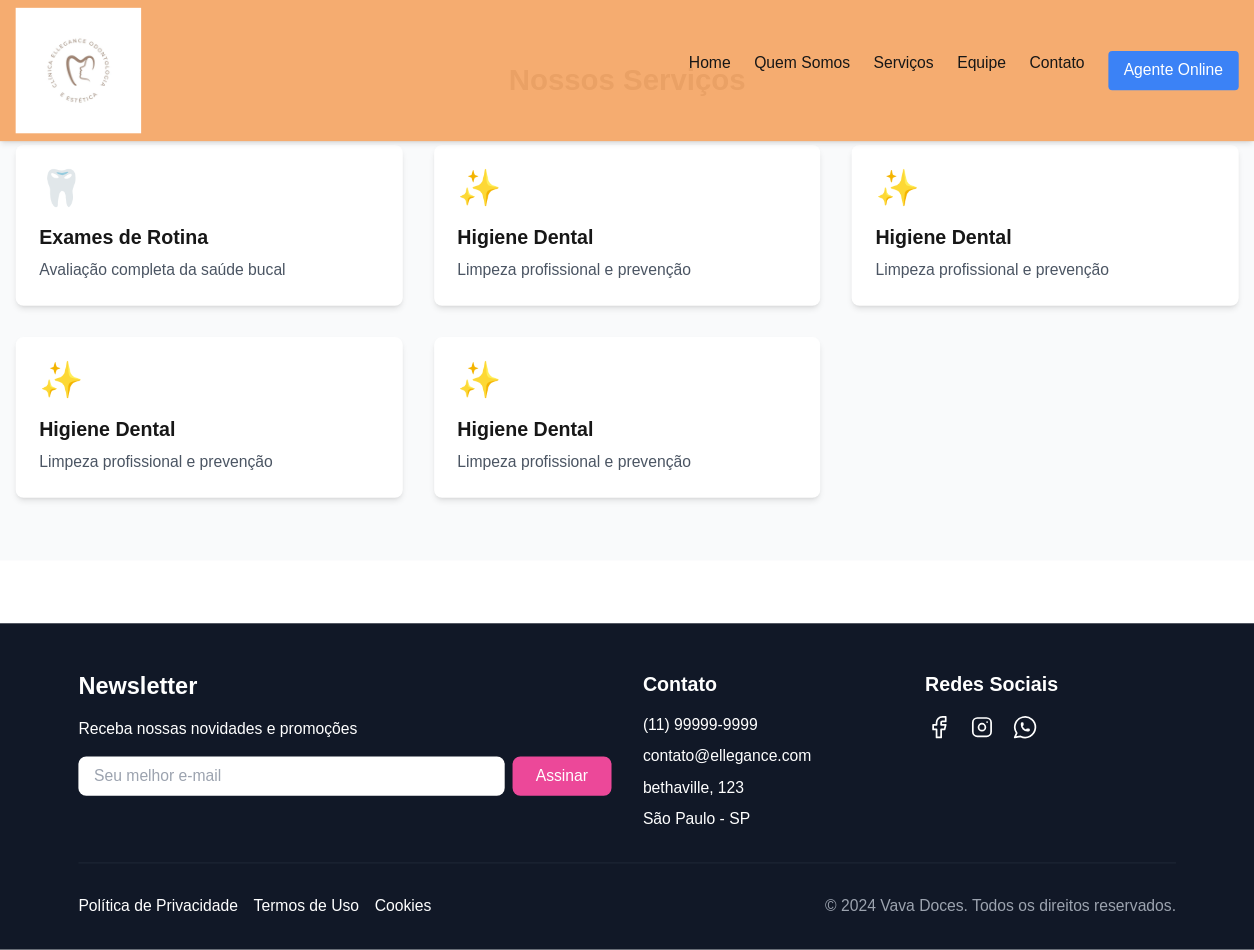
Repository: francisguitt/ellegance_odontologia
Page: /services_
These files come from the project's save history. The page is drawn as it stood at one moment and after the next save; the edit follows.
The browser window is 1280 px wide. The pictures show the whole page, at 98% of full size.
The project was rebuilt for these pictures with package versions that can differ from the ones it lists, and the page was loaded fresh each time. The framework's server and built-in components were replaced by stand-ins that run in the browser. Also part of the build but not shown: next.config.mjs.

Above is the page before, as saved 2025-02-22 12:02:10.

### src/app/layout.tsx
import type { Metadata } from "next";
import localFont from "next/font/local";
import "./globals.css";
import Header from "@/app/components/header";
import Footer from "@/app/components/footer";

const geistSans = localFont({
  src: "./fonts/GeistVF.woff",
  variable: "--font-geist-sans",
  weight: "100 900",
});
const geistMono = localFont({
  src: "./fonts/GeistMonoVF.woff",
  variable: "--font-geist-mono",
  weight: "100 900",
});

export const metadata: Metadata = {
  title: "Create Next App",
  description: "Generated by create next app",
};

export default function RootLayout({
  children,
}: Readonly<{
  children: React.ReactNode;
}>) {
  return (
    <html lang="en">
      <body
        className={`${geistSans.variable} ${geistMono.variable} antialiased`}
      >
      <Header/>
        {children}
        <Footer/>
      </body>
    </html>
  );
}

### src/app/services_/page.tsx
const Services = () => {
    const services = [
      {
        title: 'Exames de Rotina',
        description: 'Avaliação completa da saúde bucal',
        icon: '🦷'
      },
      {
        title: 'Higiene Dental',
        description: 'Limpeza profissional e prevenção',
        icon: '✨'
      },
      {
        title: 'Higiene Dental',
        description: 'Limpeza profissional e prevenção',
        icon: '✨'
      },
      {
        title: 'Higiene Dental',
        description: 'Limpeza profissional e prevenção',
        icon: '✨'
      },
      {
        title: 'Higiene Dental',
        description: 'Limpeza profissional e prevenção',
        icon: '✨'
      },
    ];

    return (
      <section id="services" className="py-16 bg-gray-50">
        <div className="container mx-auto px-4">
          <h2 className="text-3xl font-bold text-center mb-12">Nossos Serviços</h2>
          <div className="grid grid-cols-1 md:grid-cols-3 gap-8">
            {services.map((service, index) => (
              <div key={index} className="bg-white p-6 rounded-lg shadow-md">
                <div className="text-4xl mb-4">{service.icon}</div>
                <h3 className="text-xl font-semibold mb-2">{service.title}</h3>
                <p className="text-gray-600">{service.description}</p>
              </div>
            ))}
          </div>
        </div>
      </section>
    );
  };

  export default Services;

### src/app/globals.css
@tailwind base;
@tailwind components;
@tailwind utilities;

:root {
  --primary-color: #f5a869f3;
  --secundary-color: #ffd079;
  --background: #ffffff;
  --foreground: #171717;
}

@media (prefers-color-scheme: dark) {
  :root {
    /* --background: #0a0a0a;
    --foreground: #ededed; */
  }
}

body {
  color: var(--foreground);
  background: var(--background);
  font-family: Arial, Helvetica, sans-serif;
}

@layer utilities {
  .text-balance {
    text-wrap: balance;
  }
}

### src/app/components/header.tsx


"use client";
import { useState } from 'react';
import { Link } from 'react-scroll';
import Image from 'next/image';
import logo from "@/images/logo_odonto.jpg";
import { IconMenu2, IconX } from '@tabler/icons-react';

const Header = () => {
  const [isMenuOpen, setIsMenuOpen] = useState(false);

  const toggleMenu = () => {
    setIsMenuOpen(!isMenuOpen);
  };

  const menuItems = [
    { to: "home", label: "Home" },
    { to: "about", label: "Quem Somos" },
    { to: "services", label: "Serviços" },
    { to: "team", label: "Equipe" },
    { to: "contact", label: "Contato" },
  ];

  return (
    <header className="fixed w-full  bg-[var(--primary-color)] shadow-md z-50">
      <div className="container mx-auto px-4 py-2 flex justify-between items-center">
        {/* <div className="logo">  */}
          <Image
            src={logo}
            alt="Ellegance Dental"
            className="w-32 h-32"
          />
        {/* </div> */}

        {/* Desktop Navigation */}
        <nav className="hidden md:flex space-x-6">
          {menuItems.map((item) => (
            <Link
              key={item.to}
              to={item.to}
              smooth={true}
              className="cursor-pointer hover:text-blue-500 transition-colors"
            >
              {item.label}
            </Link>
          ))}
          <button className="bg-blue-500 text-white px-4 py-2 rounded hover:bg-blue-600 transition-colors">
            Agente Online
          </button>
        </nav>

        {/* Mobile Menu Button */}
        <button
          onClick={toggleMenu}
          className="md:hidden text-gray-600 hover:text-blue-500 transition-colors"
        >
          {isMenuOpen ? <IconX size={24} /> : <IconMenu2 size={24} />}
        </button>
      </div>

      {/* Mobile Navigation */}
      <nav className={`
        md:hidden bg-white
        transition-all duration-300 ease-in-out
        ${isMenuOpen ? 'max-h-96 opacity-100' : 'max-h-0 opacity-0'}
        overflow-hidden
      `}>
        <div className="container mx-auto px-4 py-2 flex flex-col space-y-4">
          {menuItems.map((item) => (
            <Link
              key={item.to}
              to={item.to}
              smooth={true}
              className="cursor-pointer hover:text-blue-500 transition-colors py-2"
              onClick={() => setIsMenuOpen(false)}
            >
              {item.label}
            </Link>
          ))}
          <button className="bg-blue-500 text-white px-4 py-2 rounded hover:bg-blue-600 transition-colors w-full">
            Agente Online
          </button>
        </div>
      </nav>
    </header>
  );
};

export default Header;

### src/app/components/footer.tsx
'use client'
import { useState } from 'react'
import {
  IconBrandFacebook,
  IconBrandInstagram,
  IconBrandWhatsapp,
  IconMail
} from '@tabler/icons-react'

function Footer() {
  const [email, setEmail] = useState('')

  const handleSubmit = (e: React.FormEvent) => {
    e.preventDefault()
    setEmail('')
  }

  return (
    <footer className="bg-gray-900 text-white pt-12 mt-16">
      <div className="max-w-6xl mx-auto px-4">
        <div className="grid grid-cols-1 md:grid-cols-4 gap-8 pb-8">
          <div className="col-span-1 md:col-span-2">
            <h3 className="text-2xl font-bold mb-4">Newsletter</h3>
            <p className="mb-4">Receba nossas novidades e promoções</p>
            <form onSubmit={handleSubmit} className="flex gap-2">
              <input
                type="email"
                value={email}
                onChange={(e) => setEmail(e.target.value)}
                placeholder="Seu melhor e-mail"
                className="flex-1 px-4 py-2 rounded-lg text-gray-900"
                required
              />
              <button
                type="submit"
                className="bg-pink-500 px-6 py-2 rounded-lg hover:bg-pink-600 transition"
              >
                Assinar
              </button>
            </form>
          </div>

          <div>
            <h3 className="text-xl font-bold mb-4">Contato</h3>
            <ul className="space-y-2">
              <li>
                <a href="tel:+5511999999999" className="hover:text-pink-400">
                  (11) 99999-9999
                </a>
              </li>
              <li>
                <a href="mailto:contato@elleganceodontologia.com" className="hover:text-pink-400">
                  contato@ellegance.com
                </a>
              </li>
              <li>bethaville, 123</li>
              <li>São Paulo - SP</li>
            </ul>
          </div>

          <div>
            <h3 className="text-xl font-bold mb-4">Redes Sociais</h3>
            <div className="flex gap-4">
              <a href="https://facebook.com" target="_blank" rel="noopener noreferrer"
                className="hover:text-pink-400 transition">
                <IconBrandFacebook size={28} stroke={1.5} />
              </a>
              <a href="https://instagram.com" target="_blank" rel="noopener noreferrer"
                className="hover:text-pink-400 transition">
                <IconBrandInstagram size={28} stroke={1.5} />
              </a>
              <a href="https://wa.me/5511999999999" target="_blank" rel="noopener noreferrer"
                className="hover:text-pink-400 transition">
                <IconBrandWhatsapp size={28} stroke={1.5} />
              </a>
            </div>
          </div>
        </div>

        <div className="border-t border-gray-800 py-8">
          <div className="flex flex-col md:flex-row justify-between items-center">
            <div className="flex gap-4 mb-4 md:mb-0">
              <a href="/politica-privacidade" className="hover:text-pink-400 transition">
                Política de Privacidade
              </a>
              <a href="/termos-uso" className="hover:text-pink-400 transition">
                Termos de Uso
              </a>
              <a href="/cookies" className="hover:text-pink-400 transition">
                Cookies
              </a>
            </div>
            <p className="text-gray-400">
              © {new Date().getFullYear()} Vava Doces. Todos os direitos reservados.
            </p>
          </div>
        </div>
      </div>
    </footer>
  )
}
export default Footer;

Loaded but not shown: tailwind.config.ts (common file)

After the next save:
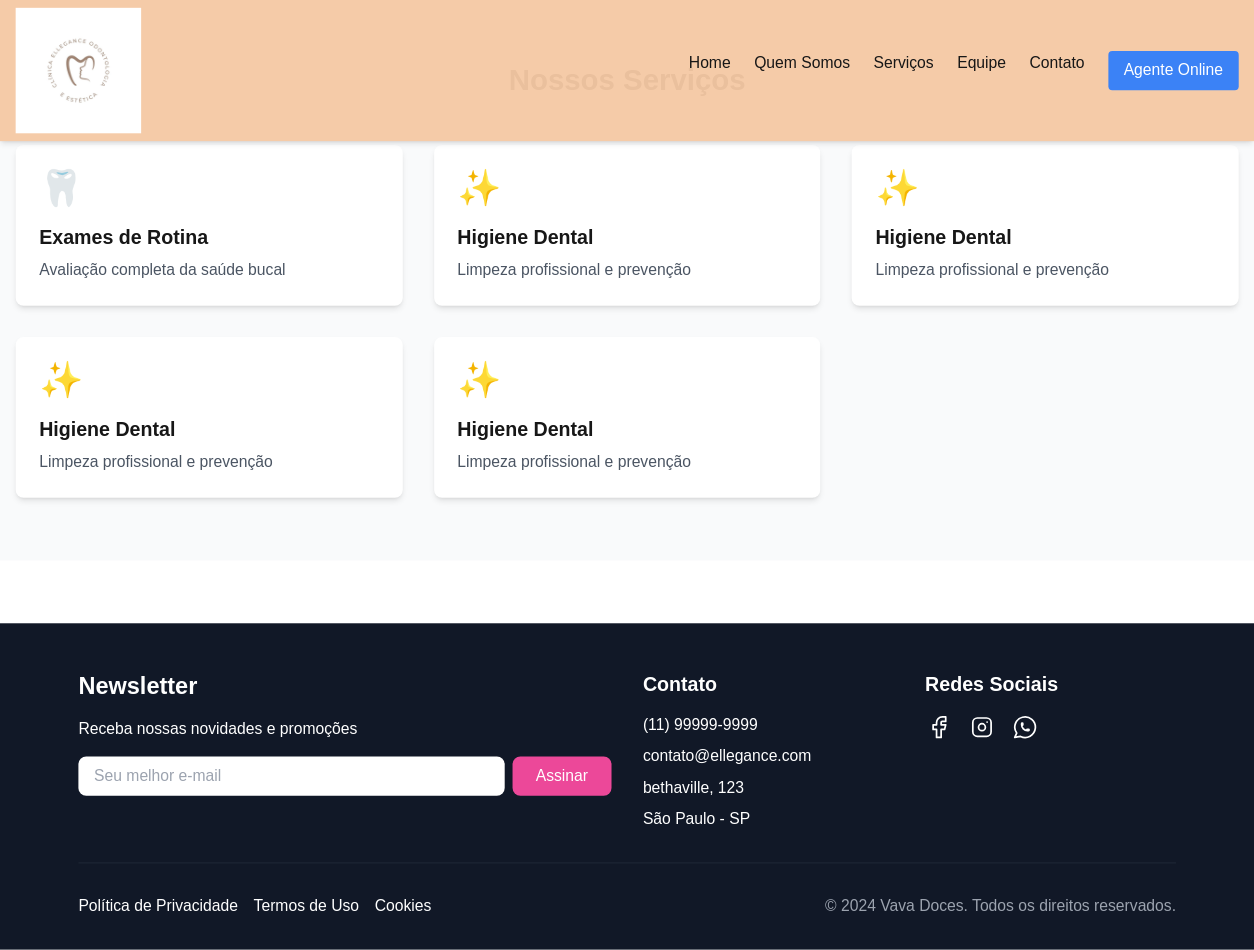
Saved 9 s later.
--- a/src/app/globals.css
+++ b/src/app/globals.css
@@ -3,7 +3,7 @@
 @tailwind utilities;
 
 :root {
-  --primary-color: #f5a869f3;
+  --primary-color: #f5c9a4f3;
   --secundary-color: #ffd079;
   --background: #ffffff;
   --foreground: #171717;
